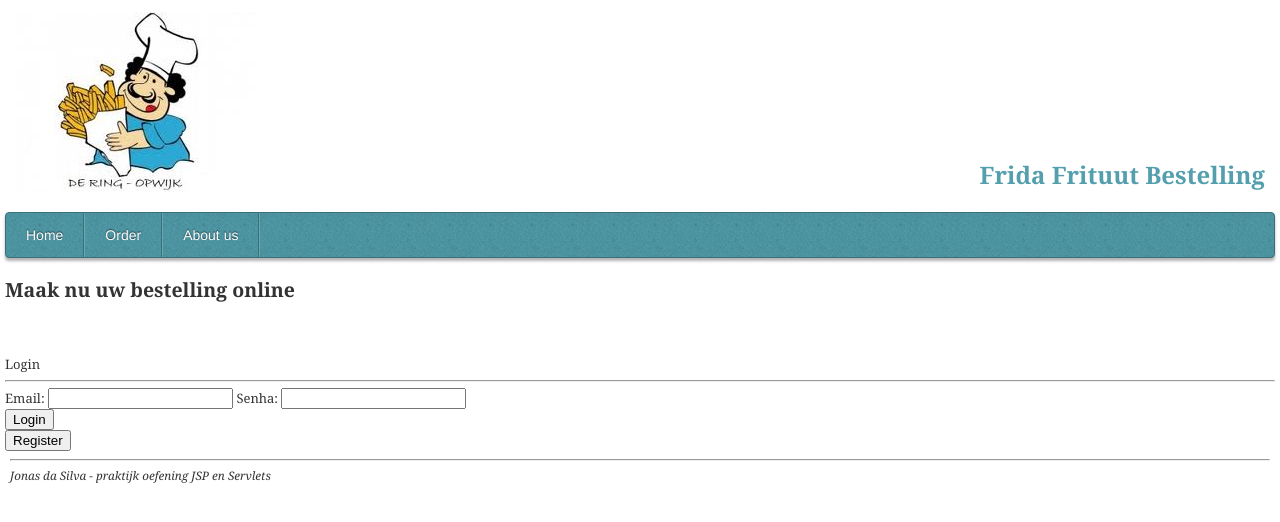
Repository: Projetos-intec/workspace-JavaWebJSP
Page: http://localhost/FrituurFrida/order.jsp
The author's editor kept a copy of each file at every save. The page is drawn from the files as they stood at one save, then again after the next save.
The browser window is 1280 px wide. The pictures show the whole page.
The page is served by Tomcat 9. Other server files are loaded and not shown. The template is opened directly, without the code that normally fills it, so the values that code supplies are empty.

Above is the page before, as saved 2014-09-19 13:14:48.

### FrituurFrida/WebContent/order.jsp
<%@ page language="java" contentType="text/html; charset=ISO-8859-1"
	pageEncoding="ISO-8859-1"%>


<!DOCTYPE html PUBLIC "-//W3C//DTD HTML 4.01 Transitional//EN" "http://www.w3.org/TR/html4/loose.dtd">
<html>
<head>
<head>
<meta http-equiv="Content-Type" content="text/html; charset=ISO-8859-1">
<title>Welkom bij Frituur Frida</title>
<link rel='stylesheet' href='styles/default.css' />
</head>
<body>
	<header>
	<div id='logo'>
		<img src='images/logo.jpg' alt='Frituur Frida' />
	</div>
	<div id='demotitel'>

		<h1>Frida Frituut Bestelling</h1>
	</div>
	</header>
	<nav>
	<ul>
		<li><a href='welkom'>Home</a></li>
		<li><a href='order.jsp'>Order</a></li>
		<li><a href='aboutus.jsp'>About us</a></li>
	</ul>
	</nav>
	<article>
	<h2>Maak nu uw bestelling online</h2>

	${welkom} ${userLoginName.email} <br />

	<br />
	Login
	<hr />

	<form action="AddUsuario" method="POST">
		Email: <input type="email" name="email" /> Senha: <input
			type="password" name="senha" /> <br />
		<input type="hidden" name="goTo" value="login"> <input
			type="submit" value="Login" />
	</form>
	<form action="AddUsuario" method="POST">
		<input type="hidden" name="goTo" value="register"> <input
			type="submit" value="Register" name="regs" />

	</form>
	${egFild} <footer>
	<hr />
	Jonas da Silva - praktijk oefening JSP en Servlets </footer>
</body>
</html>

### FrituurFrida/WebContent/styles/default.css
body {
	font-family: Georgia, "Times New Roman", Times, serif;
	font-size: 13px;
	color: #333;
	background-color: #FFF;
	margin: 0;
	padding: 0;
}

p {
	padding: 10px;
}

h1 {
	font-size: 24px;
	color: #539FAD;
}

table {
	margin: 1em 0;
	border-collapse: collapse;

}

table caption {
	text-align: left;
	font-weight: bold;
	padding: 0 0 .3em;
	color: #003d5d;
}

table td,table th {
	text-align: left;
	border: 1px solid #b1d2e4;
	padding: 3px 20px;
	vertical-align: top;
}

table th {
	font-weight: bold;
    background: #EEE url(pattern.png) top left repeat;
}

table thead th {
	background: #ecf7fd;
}

header {
	height: 200px;
}

nav {
	width: auto;
	margin: 0 5px 0 5px;
}

nav ul,
nav li nav a {
  list-style: none;
  margin: 0;
  padding: 0;
  border: 0;
  font-size: 14px;
  font-family: Helvetica;
  line-height: 1;
}

nav ul {
  zoom: 1;
  background: #539fad url(pattern.png) top left repeat;
  -webkit-border-radius: 4px;
  -moz-border-radius: 4px;
  border-radius: 4px;
  border: 1px solid #3a707a;
  -moz-box-shadow: 0 3px 3px rgba(0, 0, 0, 0.3);
  -webkit-box-shadow: 0 3px 3px rgba(0, 0, 0, 0.3);
  box-shadow: 0 3px 3px rgba(0, 0, 0, 0.3);
}
nav ul:before {
  content: '';
  display: block;
}
nav ul:after {
  content: '';
  display: table;
  clear: both;
}
nav a,
nav a:link,
nav a:visited {
  padding: 15px 20px;
  display: block;
  text-decoration: none;
  color: #ffffff;
  text-shadow: 0 -1px 1px #214046;
  border-right: 1px solid #3a707a;
}
nav a:hover {
  color: #214046;
  text-shadow: 0 1px 1px #76b2bd;
}
nav li {
  float: left;
  border-right: 1px solid #64a9b5;
}
nav li:hover {
  background: #4a8f9c url(pattern.png) top left repeat;
}
nav li:first-child {
  border-left: none;
  -webkit-border-radius: 4px 0 0 4px;
  -moz-border-radius: 4px 0 0 4px;
  border-radius: 4px 0 0 4px;
}

header, article, footer {
	padding: 2px 5px 10px 5px;
}

footer {
	font-style: italic;
	font-size: 0.9em;
}

#logo {
	margin: 10px 0 -23px 10px;
	float: left;
}

#demotitel {
	margin: 140px 10px 0 0;
	float: right;

}

After the next save:
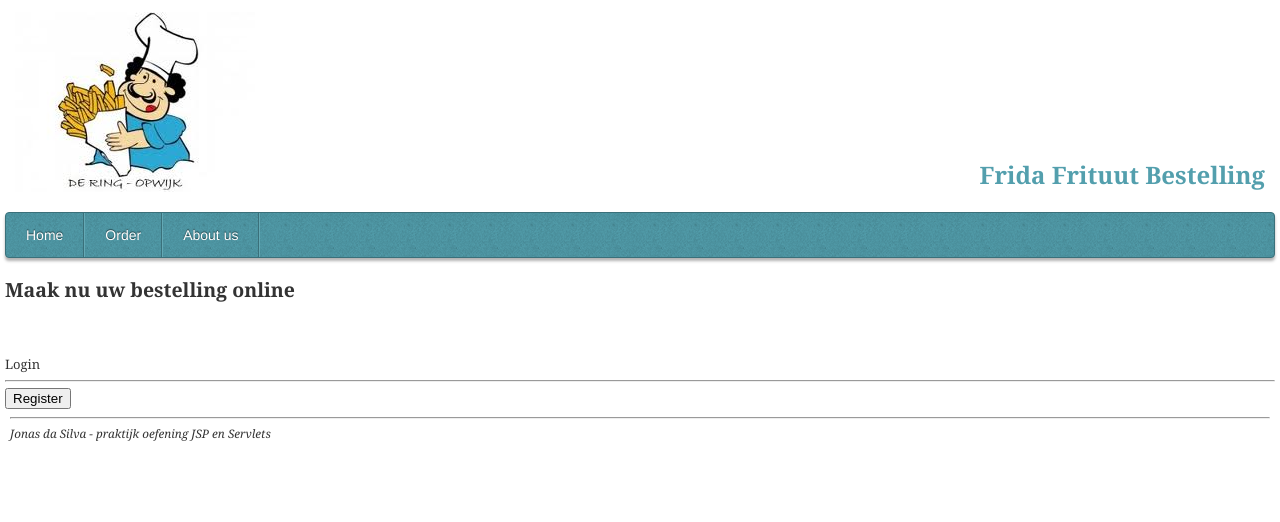
Saved 11 s later.
--- a/FrituurFrida/WebContent/order.jsp
+++ b/FrituurFrida/WebContent/order.jsp
@@ -36,12 +36,12 @@
 	Login
 	<hr />
 
-	<form action="AddUsuario" method="POST">
-		Email: <input type="email" name="email" /> Senha: <input
-			type="password" name="senha" /> <br />
-		<input type="hidden" name="goTo" value="login"> <input
-			type="submit" value="Login" />
-	</form>
+<!-- 	<form action="AddUsuario" method="POST"> -->
+<!-- 		Email: <input type="email" name="email" /> Senha: <input -->
+<!-- 			type="password" name="senha" /> <br /> -->
+<!-- 		<input type="hidden" name="goTo" value="login"> <input -->
+<!-- 			type="submit" value="Login" /> -->
+<!-- 	</form> -->
 	<form action="AddUsuario" method="POST">
 		<input type="hidden" name="goTo" value="register"> <input
 			type="submit" value="Register" name="regs" />
